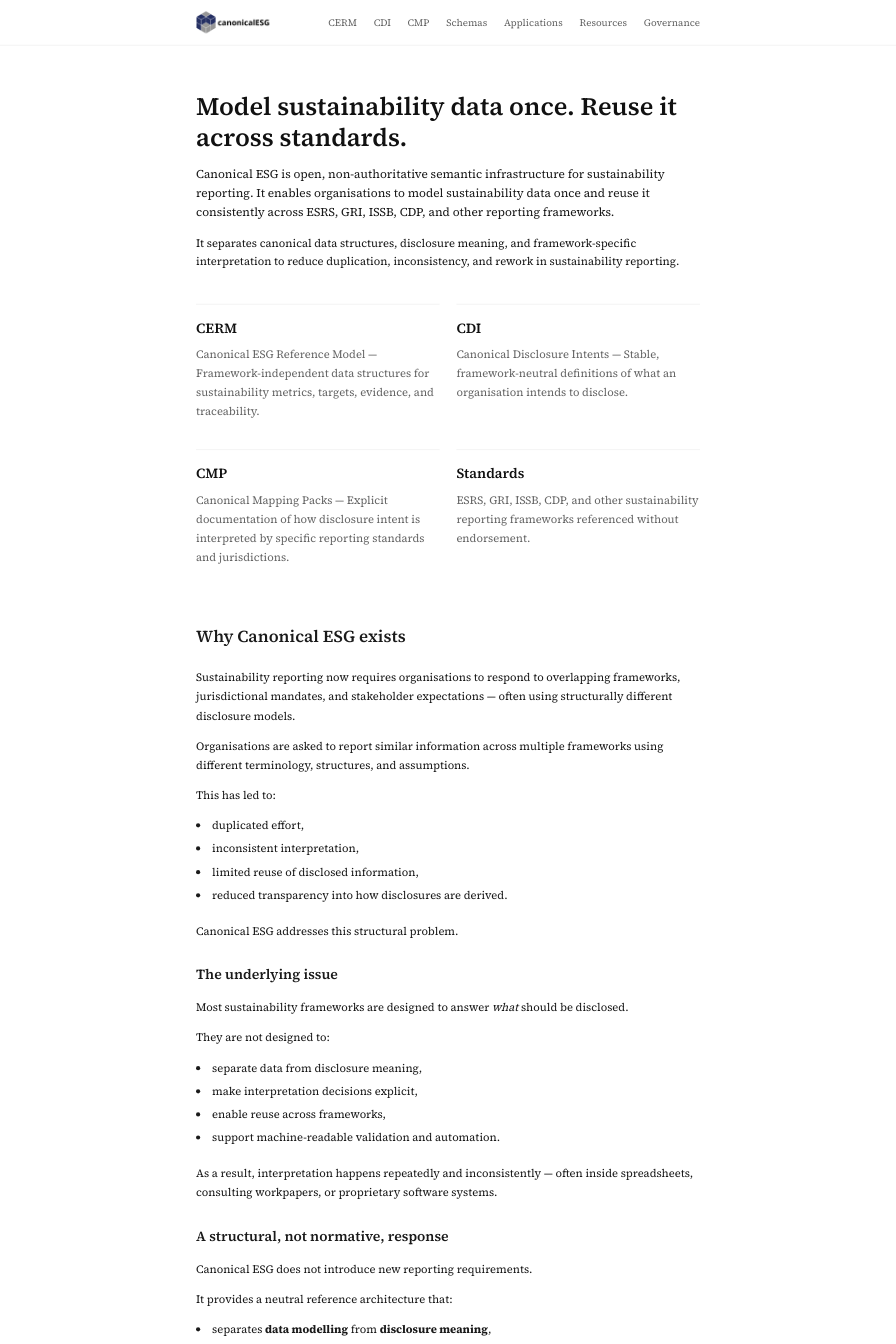
Repository: udaysxd/canonicalesg
Page: /
The author's editor kept a copy of each file at every save. The page is drawn from the files as they stood at one save, then again after the next save.
The browser window is 1280 px wide. The pictures show the part of the page from y = 0 to 1920 px (the page is 3813 px tall), at 70% of full size.
The project was rebuilt for these pictures with package versions that can differ from the ones it lists, and the page was loaded fresh each time. The framework's server and built-in components were replaced by stand-ins that run in the browser. Also part of the build but not shown: next.config.ts.

Above is the page before, as saved 2026-02-12 16:17:21.

### src/app/layout.tsx
import type { Metadata } from "next";
import "./globals.css";
import { Source_Serif_4 } from 'next/font/google';

const sourceSerif = Source_Serif_4({
  subsets: ['latin'],
  variable: '--font-serif',
  display: 'swap',
});

export const metadata: Metadata = {
  title: {
    default: "Canonical ESG Reference Architecture",
    template: "%s | Canonical ESG"
  },
  description: "Open, non-authoritative reference architecture for sustainability reporting. Model sustainability data once and reuse it across ESRS, GRI, ISSB, CDP, and other frameworks.",
  keywords: ["ESG", "sustainability reporting", "ESRS", "GRI", "ISSB", "CDP", "sustainability data", "disclosure framework", "ESG data model", "sustainability standards"],
  authors: [{ name: "Canonical ESG" }],
  creator: "Canonical ESG",
  publisher: "Canonical ESG",
  metadataBase: new URL('https://canonicalesg.org'),
  alternates: {
    canonical: '/',
  },
  openGraph: {
    type: "website",
    locale: "en_US",
    url: "https://canonicalesg.org",
    siteName: "Canonical ESG",
    title: "Canonical ESG Reference Architecture",
    description: "Open, non-authoritative reference architecture for sustainability reporting. Model sustainability data once and reuse it across ESRS, GRI, ISSB, CDP, and other frameworks.",
    images: [
      {
        url: "/og-image.png",
        width: 1200,
        height: 630,
        alt: "Canonical ESG Reference Architecture",
      },
    ],
  },
  twitter: {
    card: "summary_large_image",
    title: "Canonical ESG Reference Architecture",
    description: "Open, non-authoritative reference architecture for sustainability reporting. Model sustainability data once and reuse it across frameworks.",
    images: ["/og-image.png"],
  },
  icons: {
    icon: [
      { url: "/favicon.ico", sizes: "any" },
      { url: "/favicon-16x16.png", sizes: "16x16", type: "image/png" },
      { url: "/favicon-32x32.png", sizes: "32x32", type: "image/png" },
    ],
    apple: "/apple-touch-icon.png",
  },
  robots: {
    index: true,
    follow: true,
    googleBot: {
      index: true,
      follow: true,
      'max-video-preview': -1,
      'max-image-preview': 'large',
      'max-snippet': -1,
    },
  },
};

export default function RootLayout({
  children,
}: Readonly<{
  children: React.ReactNode;
}>) {
  return (
    <html lang="en" className={sourceSerif.variable}>
      <body className="antialiased bg-white text-[#1a1a1a]" style={{ fontFamily: 'var(--font-serif), Georgia, "Times New Roman", serif' }}>
        <header className="border-b border-[#eee] bg-white">
          <div className="max-w-3xl mx-auto px-6 py-4">
            <nav className="flex items-center justify-between">
              <a href="/" className="flex items-center">
                <img
                  src="/logo-v2.png"
                  alt="Canonical ESG Reference Architecture - Home"
                  className="h-8 w-auto"
                />
              </a>
              <ul className="flex gap-6 text-sm">
                <li><a href="/cerm" className="text-[#666] hover:text-[#1a1a1a] hover:underline">CERM</a></li>
                <li><a href="/cdi" className="text-[#666] hover:text-[#1a1a1a] hover:underline">CDI</a></li>
                <li><a href="/cmp" className="text-[#666] hover:text-[#1a1a1a] hover:underline">CMP</a></li>
                <li><a href="/schemas" className="text-[#666] hover:text-[#1a1a1a] hover:underline">Schemas</a></li>
                <li><a href="/applications" className="text-[#666] hover:text-[#1a1a1a] hover:underline">Applications</a></li>
                <li><a href="/resources" className="text-[#666] hover:text-[#1a1a1a] hover:underline">Resources</a></li>
                <li><a href="/governance" className="text-[#666] hover:text-[#1a1a1a] hover:underline">Governance</a></li>
              </ul>
            </nav>
          </div>
        </header>
        {children}
        <footer className="border-t border-[#eee] mt-20">
          <div className="max-w-3xl mx-auto px-6 py-12">
            <div className="flex flex-col lg:flex-row justify-between items-start gap-10">
              <div className="max-w-sm">
                <p className="text-xs text-[#888] mt-3 leading-relaxed">Canonical ESG is an independent, not-for-profit, non-regulatory technical initiative operating in the public interest. It does not set disclosure standards, define materiality, or exercise regulatory authority. Its role is limited to supporting interoperability, transparency, and structural coherence in sustainability reporting.</p>
                <p className="text-xs text-[#888] mt-3 leading-relaxed">Content licensed under CC BY 4.0. Machine-readable schemas licensed under MIT.</p>
              </div>
              <ul className="flex flex-wrap gap-x-8 gap-y-4 text-sm lg:justify-end">
                <li><a href="/about" className="text-[#666] hover:text-[#1a1a1a] hover:underline">About</a></li>
                <li><a href="/whitepapers" className="text-[#666] hover:text-[#1a1a1a] hover:underline">Whitepapers</a></li>
                <li><a href="/contribute" className="text-[#666] hover:text-[#1a1a1a] hover:underline">Contribute</a></li>
                <li><a href="/framework-coverage" className="text-[#666] hover:text-[#1a1a1a] hover:underline">Coverage</a></li>
                <li><a href="/applications" className="text-[#666] hover:text-[#1a1a1a] hover:underline">Applications</a></li>
                <li><a href="/contact" className="text-[#666] hover:text-[#1a1a1a] hover:underline">Contact</a></li>
                <li><a href="/licensing" className="text-[#666] hover:text-[#1a1a1a] hover:underline">Licensing</a></li>
              </ul>
            </div>
          </div>
        </footer>
      </body>
    </html>
  );
}

### src/app/page.tsx
import { Metadata } from 'next'
import Script from 'next/script'

export const metadata: Metadata = {
  title: "Canonical ESG Reference Architecture",
  description: "Open, non-authoritative semantic infrastructure for sustainability reporting. Model sustainability data once and reuse it across ESRS, GRI, ISSB, CDP, and other frameworks.",
  keywords: ["ESG", "sustainability reporting", "ESRS", "GRI", "ISSB", "CDP", "sustainability data model", "disclosure framework", "CERM", "CDI", "CMP"],
  openGraph: {
    title: "Canonical ESG Reference Architecture",
    description: "Model sustainability data once. Reuse it across ESRS, GRI, ISSB, CDP, and other reporting frameworks.",
    url: "https://canonicalesg.org",
    siteName: "Canonical ESG",
    type: "website",
  },
}

export default function Home() {
  const jsonLd = {
    '@context': 'https://schema.org',
    '@type': 'Organization',
    name: 'Canonical ESG',
    url: 'https://canonicalesg.org',
    description: 'Framework-neutral reference architecture for sustainability reporting.',
    founder: {
      '@type': 'Person',
      name: 'Uday Singh',
      url: 'https://www.linkedin.com/in/udsingh1/'
    }
  }

  return (
    <>
      <script
        type="application/ld+json"
        dangerouslySetInnerHTML={{ __html: JSON.stringify(jsonLd) }}
      />
      <main className="max-w-3xl mx-auto px-6 py-16">
        <div>
        <h1 className="text-[2.25rem] font-semibold text-[#111] mb-4 leading-tight">
          Model sustainability data once. Reuse it across standards.
        </h1>

        <p className="text-[1.0625rem] text-[#1a1a1a] mb-4 leading-relaxed">
          Canonical ESG is open, non-authoritative semantic infrastructure for sustainability reporting. It enables organisations to model sustainability data once and reuse it consistently across ESRS, GRI, ISSB, CDP, and other reporting frameworks.
        </p>

        <p className="text-[#1a1a1a] mb-10 leading-relaxed">
          It separates canonical data structures, disclosure meaning, and framework-specific interpretation to reduce duplication, inconsistency, and rework in sustainability reporting.
        </p>

        <div className="grid grid-cols-1 md:grid-cols-2 gap-6 mt-12">
          <a href="/cerm" className="block py-4 border-t border-[#eee]">
            <h2 className="text-[1.25rem] font-semibold text-[#111] mb-2">CERM</h2>
            <p className="text-[#666]">
              Canonical ESG Reference Model — Framework-independent data structures for sustainability metrics, targets, evidence, and traceability.
            </p>
          </a>

          <a href="/cdi" className="block py-4 border-t border-[#eee]">
            <h2 className="text-[1.25rem] font-semibold text-[#111] mb-2">CDI</h2>
            <p className="text-[#666]">
              Canonical Disclosure Intents — Stable, framework-neutral definitions of what an organisation intends to disclose.
            </p>
          </a>

          <a href="/cmp" className="block py-4 border-t border-[#eee]">
            <h2 className="text-[1.25rem] font-semibold text-[#111] mb-2">CMP</h2>
            <p className="text-[#666]">
              Canonical Mapping Packs — Explicit documentation of how disclosure intent is interpreted by specific reporting standards and jurisdictions.
            </p>
          </a>

          <a href="/standards" className="block py-4 border-t border-[#eee]">
            <h2 className="text-[1.25rem] font-semibold text-[#111] mb-2">Standards</h2>
            <p className="text-[#666]">
              ESRS, GRI, ISSB, CDP, and other sustainability reporting frameworks referenced without endorsement.
            </p>
          </a>
        </div>

        <div className="mt-16">
          <h2 className="text-[1.5rem] font-semibold text-[#1a1a1a] mb-6">
            Why Canonical ESG exists
          </h2>

          <p className="text-[#1a1a1a] mb-4">
            Sustainability reporting now requires organisations to respond to overlapping frameworks, jurisdictional mandates, and stakeholder expectations — often using structurally different disclosure models.
          </p>

          <p className="text-[#1a1a1a] mb-4">
            Organisations are asked to report similar information across multiple frameworks using different terminology, structures, and assumptions.
          </p>

          <p className="text-[#1a1a1a] mb-4">
            This has led to:
          </p>

          <ul className="list-disc list-inside text-[#1a1a1a] mb-6 space-y-1.5">
            <li>duplicated effort,</li>
            <li>inconsistent interpretation,</li>
            <li>limited reuse of disclosed information,</li>
            <li>reduced transparency into how disclosures are derived.</li>
          </ul>

          <p className="text-[#1a1a1a] mb-6">
            Canonical ESG addresses this structural problem.
          </p>

          <h3 className="text-[1.25rem] font-semibold text-[#1a1a1a] mb-4 mt-8">
            The underlying issue
          </h3>

          <p className="text-[#1a1a1a] mb-4">
            Most sustainability frameworks are designed to answer <em>what</em> should be disclosed.
          </p>

          <p className="text-[#1a1a1a] mb-4">
            They are not designed to:
          </p>

          <ul className="list-disc list-inside text-[#1a1a1a] mb-6 space-y-1.5">
            <li>separate data from disclosure meaning,</li>
            <li>make interpretation decisions explicit,</li>
            <li>enable reuse across frameworks,</li>
            <li>support machine-readable validation and automation.</li>
          </ul>

          <p className="text-[#1a1a1a] mb-6">
            As a result, interpretation happens repeatedly and inconsistently — often inside spreadsheets, consulting workpapers, or proprietary software systems.
          </p>

          <h3 className="text-[1.25rem] font-semibold text-[#1a1a1a] mb-4 mt-8">
            A structural, not normative, response
          </h3>

          <p className="text-[#1a1a1a] mb-4">
            Canonical ESG does not introduce new reporting requirements.
          </p>

          <p className="text-[#1a1a1a] mb-4">
            It provides a neutral reference architecture that:
          </p>

          <ul className="list-disc list-inside text-[#1a1a1a] mb-6 space-y-1.5">
            <li>separates <strong>data modelling</strong> from <strong>disclosure meaning</strong>,</li>
            <li>separates <strong>disclosure meaning</strong> from <strong>framework-specific interpretation</strong>,</li>
            <li>documents interpretation explicitly without asserting authority.</li>
          </ul>

          <p className="text-[#1a1a1a] mb-6">
            This separation allows existing standards to coexist while reducing duplication and ambiguity.
          </p>

          <h3 className="text-[1.25rem] font-semibold text-[#1a1a1a] mb-4 mt-8">
            Designed to coexist with standards
          </h3>

          <p className="text-[#1a1a1a] mb-4">
            Canonical ESG does not replace sustainability reporting frameworks. Framework texts remain authoritative.
          </p>

          <p className="text-[#1a1a1a] mb-4">
            It is designed to:
          </p>

          <ul className="list-disc list-inside text-[#1a1a1a] mb-6 space-y-1.5">
            <li>work alongside ESRS, GRI, CDP, ISSB, and others,</li>
            <li>preserve professional judgement,</li>
            <li>support assurance and review,</li>
            <li>enable software systems without embedding hidden interpretive assumptions.</li>
          </ul>

          <h3 className="text-[1.25rem] font-semibold text-[#1a1a1a] mb-4 mt-8">
            Why now
          </h3>

          <p className="text-[#1a1a1a] mb-4">
            Regulatory expansion, investor scrutiny, and digital reporting expectations are increasing the need for interoperability, auditability, and automation in sustainability reporting.
          </p>

          <p className="text-[#1a1a1a] mb-4">
            Organisations require a systematic way to:
          </p>

          <ul className="list-disc list-inside text-[#1a1a1a] mb-6 space-y-1.5">
            <li>model information once,</li>
            <li>interpret it transparently,</li>
            <li>reuse it across outputs.</li>
          </ul>

          <p className="text-[#1a1a1a] mb-6">
            For example, Scope 1 greenhouse gas emissions can be defined once at the CDI level and mapped — through CMP — to ESRS E1, GRI 305, IFRS S2, and CDP Climate without redefining the underlying meaning.
          </p>

          <h3 className="text-[1.25rem] font-semibold text-[#1a1a1a] mb-4 mt-8">
            What Canonical ESG aims to enable
          </h3>

          <ul className="list-disc list-inside text-[#1a1a1a] mb-6 space-y-1.5">
            <li>clearer disclosure traceability,</li>
            <li>reduced interpretation risk,</li>
            <li>improved consistency across reports,</li>
            <li>structured collaboration between practitioners, auditors, and system architects.</li>
          </ul>

          <p className="text-[#1a1a1a] mb-6">
            It does not seek to centralise authority or define compliance.
          </p>

          <h3 className="text-[1.25rem] font-semibold text-[#1a1a1a] mb-4 mt-8">
            A shared reference, not a single truth
          </h3>

          <p className="text-[#1a1a1a] mb-4">
            Canonical ESG is intentionally non-authoritative. Its value lies in making structure, meaning, and interpretation explicit — not in declaring what is correct.
          </p>

          <p className="text-[#1a1a1a] mb-6">
            Users remain responsible for materiality, applicability, and regulatory compliance.
          </p>

          <p className="text-[#1a1a1a] mb-4">
            CDI v1 is version-controlled and semantically stable. CMPs evolve transparently as frameworks and jurisdictions change.
          </p>

          <p className="text-[#1a1a1a] mt-8">
            <a
              href="/resources/who-this-is-for"
              className="text-[#1a1a1a] underline underline-offset-[0.15em] decoration-[#999] hover:decoration-[#1a1a1a]"
            >
              Who Canonical ESG is for
            </a>
          </p>
        </div>

        <p className="text-sm text-[#666] mt-12">
          Canonical ESG is a neutral reference system. It does not define reporting requirements, assert compliance, or represent endorsement by any standards-setting body.
        </p>
      </div>
    </main>
    </>
  );
}

### src/app/globals.css
@import "tailwindcss";

:root {
  --background: #ffffff;
  --foreground: #1a1a1a;
}

@theme inline {
  --color-background: var(--background);
  --color-foreground: var(--foreground);
  --font-sans: system-ui, -apple-system, BlinkMacSystemFont, "Segoe UI", Roboto, Helvetica, Arial, sans-serif;
  --font-mono: ui-monospace, SFMono-Regular, Menlo, Monaco, Consolas, monospace;
}

@media (prefers-color-scheme: dark) {
  :root {
    --background: #0a0a0a;
    --foreground: #ededed;
  }
}

body {
  background: var(--background);
  color: var(--foreground);
  font-family: system-ui, -apple-system, BlinkMacSystemFont, "Segoe UI", Roboto, Helvetica, Arial, sans-serif;
  font-size: 16px;
  line-height: 1.7;
}

/* Prose typography styles - 30px body text */
.prose h1 {
  font-size: 3.25rem;
  font-weight: 400;
  line-height: 1.1;
  letter-spacing: -0.02em;
  margin-bottom: 1.5rem;
  margin-top: 0;
  color: #111;
}

.prose h2 {
  font-size: 1.75rem;
  font-weight: 600;
  line-height: 1.3;
  margin-top: 3.5rem;
  margin-bottom: 1.25rem;
  color: #1a1a1a;
}

.prose h3 {
  font-size: 1.375rem;
  font-weight: 600;
  line-height: 1.4;
  margin-top: 2.5rem;
  margin-bottom: 1rem;
  color: #222;
}

.prose p {
  font-size: 1.25rem;
  line-height: 1.8;
  margin-bottom: 1.5rem;
  color: #333;
}

.prose ul,
.prose ol {
  margin-bottom: 1.5rem;
  padding-left: 2rem;
}

.prose li {
  font-size: 1.25rem;
  line-height: 1.8;
  margin-bottom: 0.5rem;
  color: #333;
}

.prose li > ul,
.prose li > ol {
  margin-top: 0.5rem;
  margin-bottom: 0.5rem;
}

.prose strong {
  font-weight: 600;
  color: #111;
}

.prose a {
  color: #1a1a1a;
  text-decoration: underline;
  text-decoration-color: #999;
  text-underline-offset: 0.15em;
}

.prose a:hover {
  text-decoration-color: #1a1a1a;
}

.prose code {
  font-family: ui-monospace, SFMono-Regular, Menlo, Monaco, Consolas, monospace;
  font-size: 0.9em;
  background: #f5f5f5;
  padding: 0.15em 0.35em;
  border-radius: 3px;
}

.prose pre {
  background: #f5f5f5;
  padding: 1rem;
  border-radius: 4px;
  overflow-x: auto;
  margin-bottom: 2rem;
}

.prose pre code {
  background: none;
  padding: 0;
}

.prose hr {
  border: none;
  border-top: 1px solid #ddd;
  margin: 3rem 0;
}

.prose blockquote {
  border-left: 4px solid #ccc;
  padding-left: 1.5rem;
  margin-left: 0;
  margin-bottom: 2rem;
  color: #555;
  font-size: 1.875rem;
  font-style: italic;
}

.prose table {
  width: 100%;
  border-collapse: collapse;
  margin-bottom: 2rem;
  font-size: 1.25rem;
}

.prose th,
.prose td {
  padding: 0.75rem 1rem;
  text-align: left;
  border-bottom: 1px solid #eee;
}

.prose th {
  font-weight: 600;
  border-bottom: 2px solid #ddd;
}

/* Breadcrumb styling */
.breadcrumb {
  font-size: 0.875rem;
  color: #666;
}

.breadcrumb a {
  color: #666;
  text-decoration: none;
}

.breadcrumb a:hover {
  color: #1a1a1a;
  text-decoration: underline;
}

/* Meta text styling */
.meta-text {
  font-size: 0.875rem;
  color: #666;
}

/* Content container max width */
.content-container {
  max-width: 720px;
  margin-left: auto;
  margin-right: auto;
}

After the next save:
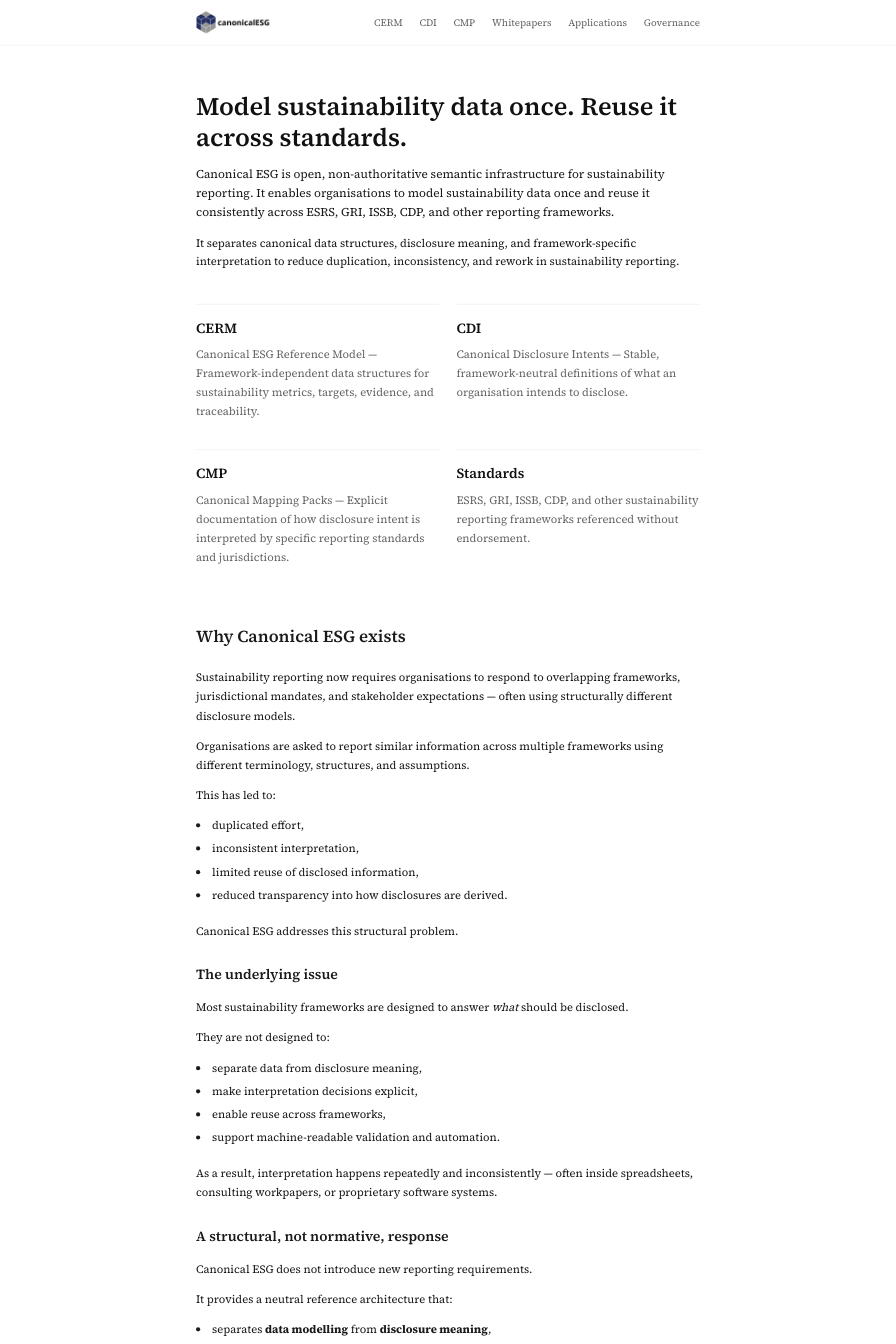
Saved 2 h 20 min later.
--- a/src/app/layout.tsx
+++ b/src/app/layout.tsx
@@ -87,9 +87,8 @@
                 <li><a href="/cerm" className="text-[#666] hover:text-[#1a1a1a] hover:underline">CERM</a></li>
                 <li><a href="/cdi" className="text-[#666] hover:text-[#1a1a1a] hover:underline">CDI</a></li>
                 <li><a href="/cmp" className="text-[#666] hover:text-[#1a1a1a] hover:underline">CMP</a></li>
-                <li><a href="/schemas" className="text-[#666] hover:text-[#1a1a1a] hover:underline">Schemas</a></li>
+                <li><a href="/whitepapers" className="text-[#666] hover:text-[#1a1a1a] hover:underline">Whitepapers</a></li>
                 <li><a href="/applications" className="text-[#666] hover:text-[#1a1a1a] hover:underline">Applications</a></li>
-                <li><a href="/resources" className="text-[#666] hover:text-[#1a1a1a] hover:underline">Resources</a></li>
                 <li><a href="/governance" className="text-[#666] hover:text-[#1a1a1a] hover:underline">Governance</a></li>
               </ul>
             </nav>
@@ -105,10 +104,10 @@
               </div>
               <ul className="flex flex-wrap gap-x-8 gap-y-4 text-sm lg:justify-end">
                 <li><a href="/about" className="text-[#666] hover:text-[#1a1a1a] hover:underline">About</a></li>
-                <li><a href="/whitepapers" className="text-[#666] hover:text-[#1a1a1a] hover:underline">Whitepapers</a></li>
+                <li><a href="/schemas" className="text-[#666] hover:text-[#1a1a1a] hover:underline">Schemas</a></li>
+                <li><a href="/resources" className="text-[#666] hover:text-[#1a1a1a] hover:underline">Resources</a></li>
                 <li><a href="/contribute" className="text-[#666] hover:text-[#1a1a1a] hover:underline">Contribute</a></li>
                 <li><a href="/framework-coverage" className="text-[#666] hover:text-[#1a1a1a] hover:underline">Coverage</a></li>
-                <li><a href="/applications" className="text-[#666] hover:text-[#1a1a1a] hover:underline">Applications</a></li>
                 <li><a href="/contact" className="text-[#666] hover:text-[#1a1a1a] hover:underline">Contact</a></li>
                 <li><a href="/licensing" className="text-[#666] hover:text-[#1a1a1a] hover:underline">Licensing</a></li>
               </ul>
